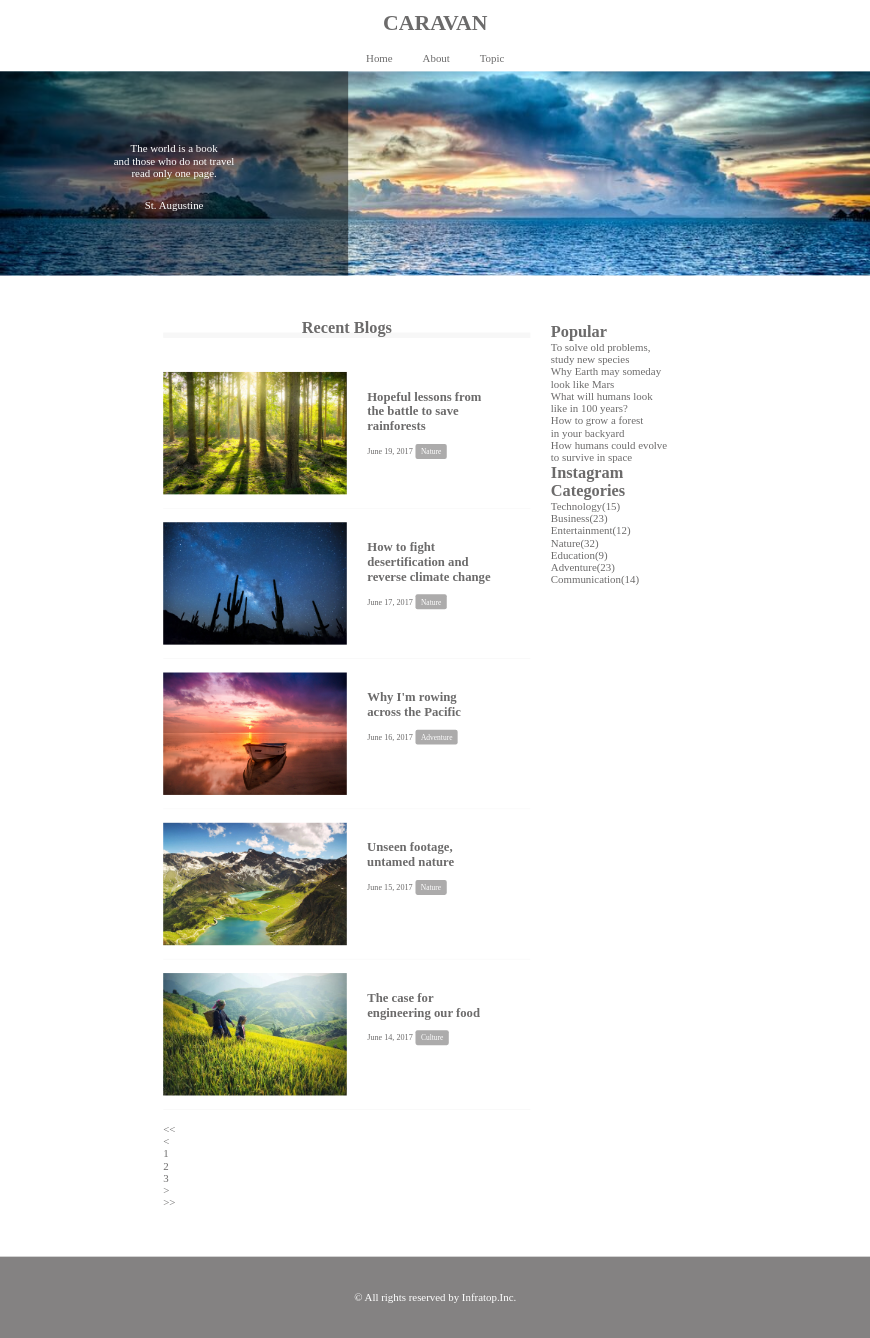
Repository: kowatann/sample_app
Page: caravan/index.html
The author's editor kept a record of every edit. The page is drawn from the files as they stood at one moment, then again after the next edit.
The browser window is 1280 px wide. The pictures show the whole page, at 68% of full size.

Above is the page before.

After the next edit:
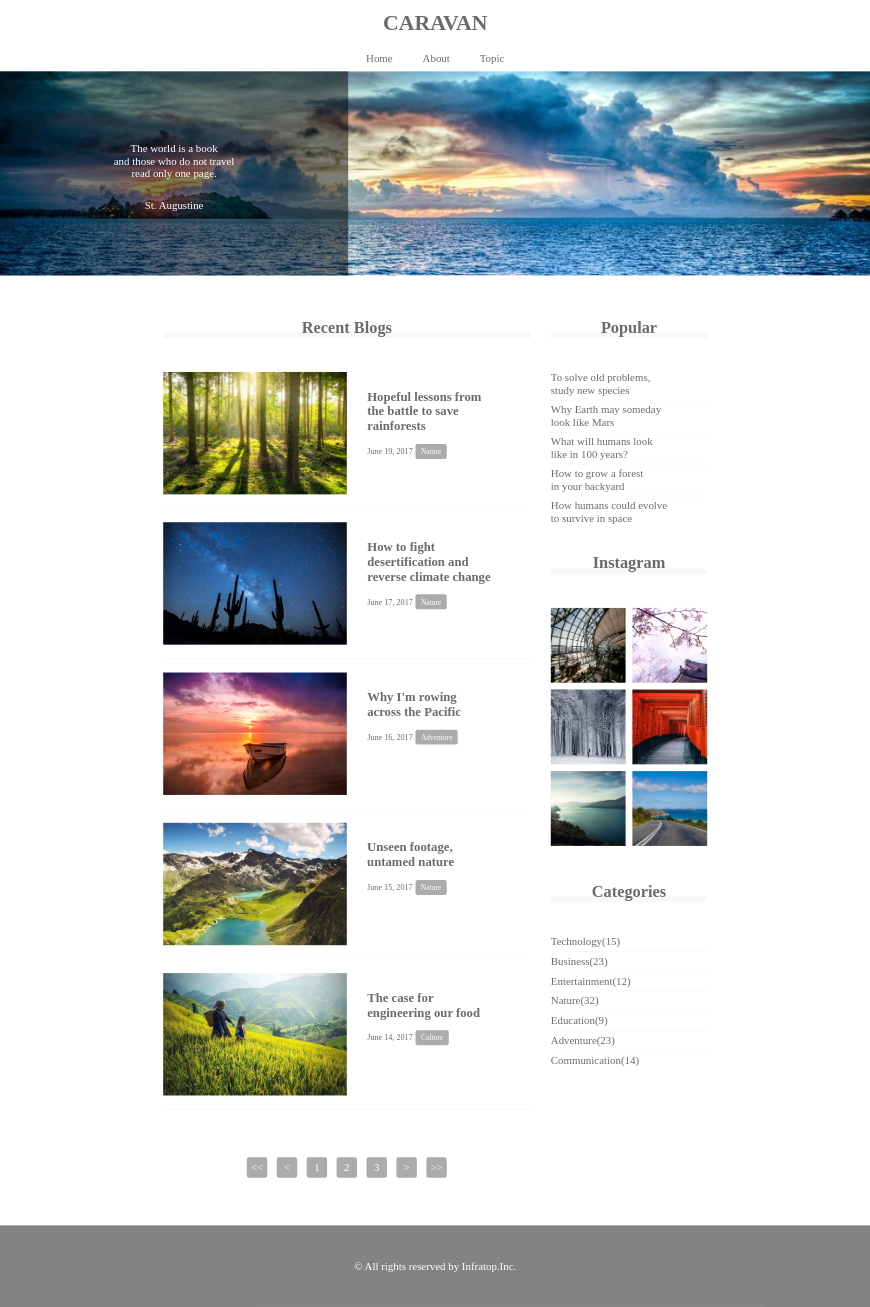
The edit:
--- a/caravan/style.css
+++ b/caravan/style.css
@@ -17,6 +17,7 @@
 }
 
 header .heading {
+  /* headerタグ内のheadingクラスにのみ反映される */
   font-size: 32px;
 }
 
@@ -33,41 +34,41 @@
 }
 
 .main-visual {
-  width: 100%;
-  height: 300px;
+  width: 100%; /* 横幅いっぱい */
+  height: 300px; /* 高さ300px */
   background-image: url(img/mv.jpg);
-  background-size: cover;
-  background-position: center;
+  background-size: cover; /* 縦横比を維持したまま背景領域を埋め尽くす */
+  background-position: center; /* 背景画像を中央に配置 */
 }
 
 .main-visual-content {
-  width: 40%;
-  height: 300px;
-  background-color: rgba(0, 0, 0, 0.5);
-  text-align: center;
-  padding-top: 105px;
+  width: 40%; /* 横幅40% */
+  height: 300px; /* 親の高さに揃える */
+  background-color: rgba(0, 0, 0, 0.5); /* 背景色を半透明の黒にする */
+  text-align: center; /* 文字を中央揃えにする */
+  padding-top: 105px; /* 上側の内側余白で垂直方向の位置を調整 */
 }
 
 .main-visual-text {
-  color: #fff;
+  color: #fff; /* 文字色を白に変更 */
 }
 
 .main-visual-name {
-  margin-top: 30px;
-  color: #fff;
+  margin-top: 30px; /* 上側の外側の余白 */
+  color: #fff; /* 文字色を白に変更 */
 }
 
 main {
-  width: 800px;
-  display: flex;
-  justify-content: center;
-  margin: 0 auto;
-  padding: 70px 0;
+  width: 800px; /* 横幅800px */
+  display: flex; /* Flexboxの利用 */
+  justify-content: center; /* 要素の横並び・中央寄せ */
+  margin: 0 auto; /* 要素の中央揃え */
+  padding: 70px 0; /* 上下に70px、左右に0pxの内側余白 */
 }
 
 .blog {
   width: 540px;
-  margin-right: 30px;
+  margin-right: 30px; /* 領域の右側余白 */
 }
 
 .blog-heading {
@@ -114,13 +115,87 @@
   font-size: 11px;
 }
 
-.pagenetion {
+.pagination {
   text-align: center;
   padding-top: 50px;
 }
 
+.pagination p {
+  display: inline-block;
+  width: 30px;
+  height: 30px;
+  margin: 0 5px;
+  color: #fff;
+  background-color: #acabab;
+  border-radius: 3px;
+  line-height: 30px;
+}
 .sidebar {
   width: 230px;
+}
+
+.common-heading {
+  border-bottom: 8px solid #f7f7f7;
+  text-align: center;
+  line-height: 0.6;
+}
+
+.sidebar-contents {
+  padding: 50px 0;
+}
+
+.popular-text,
+.categories-text {
+  padding-bottom: 5px;
+  border-bottom: 1px solid #f7f7f7;
+  margin-bottom: 5px;
+}
+.popular-text:last-child,
+.categories-text:last-child {
+  margin: 0;
+  padding: 0;
+  border: none;
+}
+
+.instagram .sidebar-contents {
+  display: flex;
+  flex-wrap: wrap;
+}
+
+.instagram-box {
+  width: 110px;
+  padding-top: 110px;
+  background-size: cover;
+  background-position: center;
+  margin-bottom: 10px;
+}
+
+.instagram-box:nth-child(odd) {
+  margin: 0 10px 10px 0;
+}
+
+.instagram-box:nth-child(1) {
+  background-image: url(img/airport.jpg);
+}
+
+.instagram-box:nth-child(2) {
+  background-image: url(img/japan.jpg);
+}
+
+.instagram-box:nth-child(3) {
+  background-image: url(img/snow.jpg);
+}
+
+.instagram-box:nth-child(4) {
+  background-image: url(img/japan2.jpg);
+}
+
+.instagram-box:nth-child(5) {
+  background-image: url(img/lake.jpg);
+}
+
+.instagram-box:nth-child(6) {
+  background-image: url(img/road.jpg);
 }
 
 footer {
